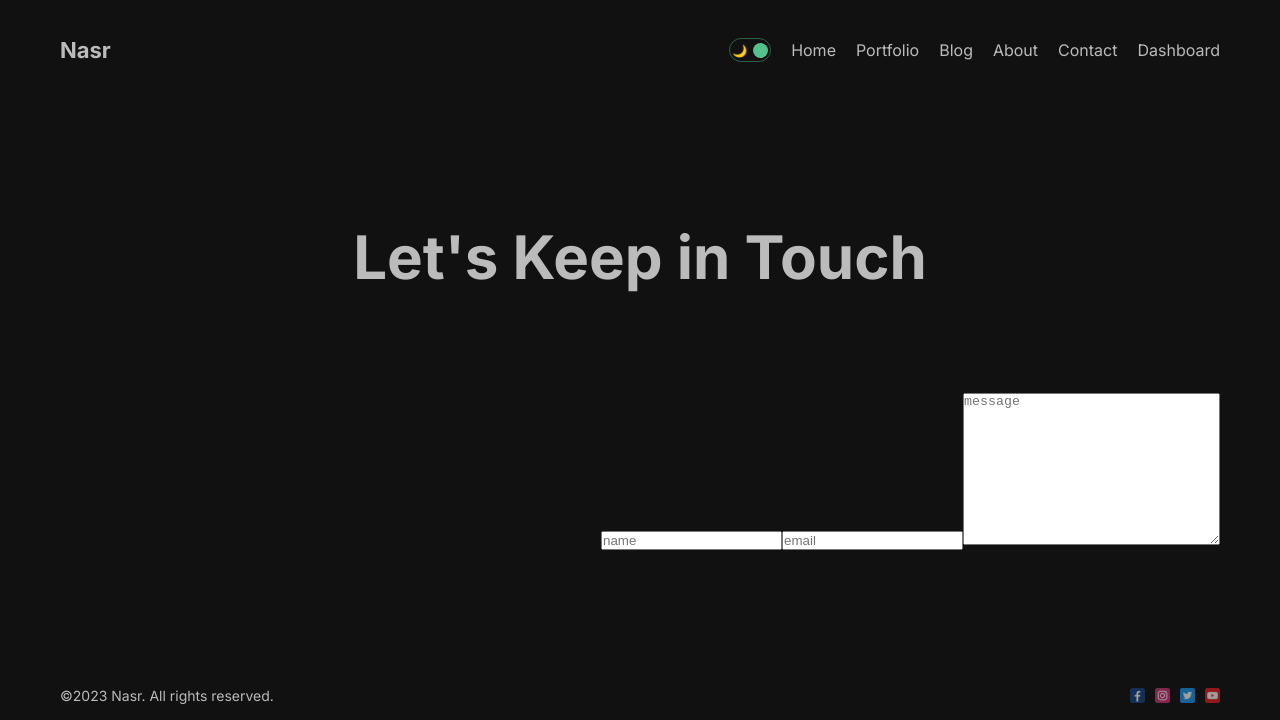
Repository: MoNasr2022/Nast-Blog
Page: /contact
These files come from the project's save history. The page is drawn as it stood at one moment and after the next save; the edit follows.
The browser window is 1280 px wide. The pictures show the whole page.
The page's requests for data from a server got no answer. The project was rebuilt for these pictures with package versions that can differ from the ones it lists, and the page was loaded fresh each time. The framework's server and built-in components were replaced by stand-ins that run in the browser. No one was signed in, and anything a server would have sent is missing. Also part of the build but not shown: next.config.js, src/components/Button/button.module.css, src/components/Button/Button.jsx.

Above is the page before, as saved 2023-06-15 13:59:06.

### src/app/layout.js
import Navbar from "@/components/navbar/Navbar";
import "./globals.css";
import { Inter, Roboto, Poppins } from "next/font/google";
import Footer from "@/components/footer/Footer";
import { ThemeProvider } from "@/context/ThemeContext";
import AuthProvider from "@/components/AuthProvider/AuthProvider";

const inter = Inter({ subsets: ["latin"] });

export const metadata = {
  title: "Nasr Blog",
  description: "This is the description",
};

export default function RootLayout({ children }) {
  return (
    <html lang="en">
      <body className={inter.className}>
        <ThemeProvider>
          <AuthProvider>
            <div className="container">
              <Navbar />
              {children}
              <Footer />
            </div>
          </AuthProvider>
        </ThemeProvider>
      </body>
    </html>
  );
}

### src/app/contact/page.jsx
import React from "react";
import styles from "./page.module.css";
import Image from "next/image";
import Button from "@/components/Button/Button";

export const metadata = {
  title: "Lama Dev Contact Information",
  description: "This is Contact Page",
};

const Contact = () => {
  return (
    // <div className={styles.container}>
    //   <h1 className={styles.title}>Let's Keep in Touch</h1>
    //   <div className={styles.content}>
    //     <div className={styles.imgContainer}>
    //       <Image
    //         src="/contact.png"
    //         alt=""
    //         fill={true}
    //         className={styles.image}
    //       />
    //     </div>
    //     <form className={styles.form}>
    //       <input type="text" placeholder="name" className={styles.input} />
    //       <input type="text" placeholder="email" className={styles.input} />
    //       <textarea
    //         className={styles.textArea}
    //         placeholder="message"
    //         cols="30"
    //         rows="10"
    //       ></textarea>
    //       <Button url="#" text="Send"/>
    //     </form>
    //   </div>
    // </div>
    <div className={styles.container}>
      <h1 className={styles.title}>Let's Keep in Touch</h1>
      <div className={styles.content}>
        <div className={styles.imgContainer}>
          <Image src="/contact.png"
            alt=""
            fill={true}
            className={styles.image}
          />
        </div>
        <form className={styles.form}>
          <input type="text" placeholder="name" className={styles.input} />
          <input type="text" placeholder="email" className={styles.input} />
          <textarea
            className={styles.textArea}
            placeholder="message"
            cols="30"
            rows="10"
          />
        </form>
      </div>
    </div>
  );
};

export default Contact;

### src/components/navbar/Navbar.jsx
"use client";

import Link from "next/link";
import React from "react";
import styles from "./navbar.module.css";
import DarkModeToggle from "../DarkModeToggle/DarkModeToggle";
import { signOut, useSession } from "next-auth/react";

const links = [
  {
    id: 1,
    title: "Home",
    url: "/",
  },
  {
    id: 2,
    title: "Portfolio",
    url: "/portfolio",
  },
  {
    id: 3,
    title: "Blog",
    url: "/blog",
  },
  {
    id: 4,
    title: "About",
    url: "/about",
  },
  {
    id: 5,
    title: "Contact",
    url: "/contact",
  },
  {
    id: 6,
    title: "Dashboard",
    url: "/dashboard",
  },
];

const Navbar = () => {
  const session = useSession();

  return (
    <div className={styles.container}>
      <Link href="/" className={styles.logo}>
        Nasr
      </Link>
      <div className={styles.links}>
        <DarkModeToggle />
        {links.map((link) => (
          <Link key={link.id} href={link.url} className={styles.link}>
            {link.title}
          </Link>
        ))}
        {session.status === "authenticated" && (
          <button className={styles.logout} onClick={signOut}>
            Logout
          </button>
        )}
      </div>
    </div>
  );
};

export default Navbar;

### src/components/footer/Footer.jsx
import React from "react";
import styles from "./footer.module.css";
import Image from "next/image";

const Footer = () => {
  return (
    <div className={styles.container}>
      <div>©2023 Nasr. All rights reserved.</div>
      <div className={styles.social}>
        <Image src="/1.png" width={15} height={15} className={styles.icon} alt="Nasr Facebook Account" />
        <Image src="/2.png" width={15} height={15} className={styles.icon} alt="Nasr" />
        <Image src="/3.png" width={15} height={15} className={styles.icon} alt="Nasr" />
        <Image src="/4.png" width={15} height={15} className={styles.icon} alt="Nasr" />
      </div>
    </div>
  );
};

export default Footer;

### src/app/contact/page.module.css
/* .container {
}

.title {
  font-size: 60px;
  margin-bottom: 100px;
  text-align: center;
}

.content {
  display: flex;
  align-items: center;
  gap: 100px;
}

.imgContainer {
  flex: 1;
  height: 500px;
  position: relative;
}

.image {
  object-fit: contain;
  /* animation: move 3s infinite ease alternate;
}

@keyframes move {
  from {
    transform: translateY(-15px);
  }
  to {
    transform: translateY(0px) scale(1.03);
  }
}

.form {
  flex: 1;
  display: flex;
  flex-direction: column;
  gap: 20px;
}

.input,
.textArea {
  padding: 20px;
  background-color: transparent;
  border: none;
  outline: none;
  color: #bbb;
  border: 3px solid #bbb;
  font-size: 20px;
  font-weight: bold;
} */
.container {

}
.title{
  font-size: 60px;
  margin-bottom: 100px;
  text-align: center;
}
.content {
  display: flex;
  align-items: center;
  gap: 100px;

}
.imgContainer {
  position: relative;
  flex: 1;

}

Loaded but not shown: src/app/globals.css (common file); src/context/ThemeContext.js (common file); src/components/AuthProvider/AuthProvider.jsx (common file); src/components/navbar/navbar.module.css (common file); src/components/DarkModeToggle/DarkModeToggle.jsx (common file); src/components/footer/footer.module.css (common file); src/components/DarkModeToggle/darkModeToggle.module.css (common file)

After the next save:
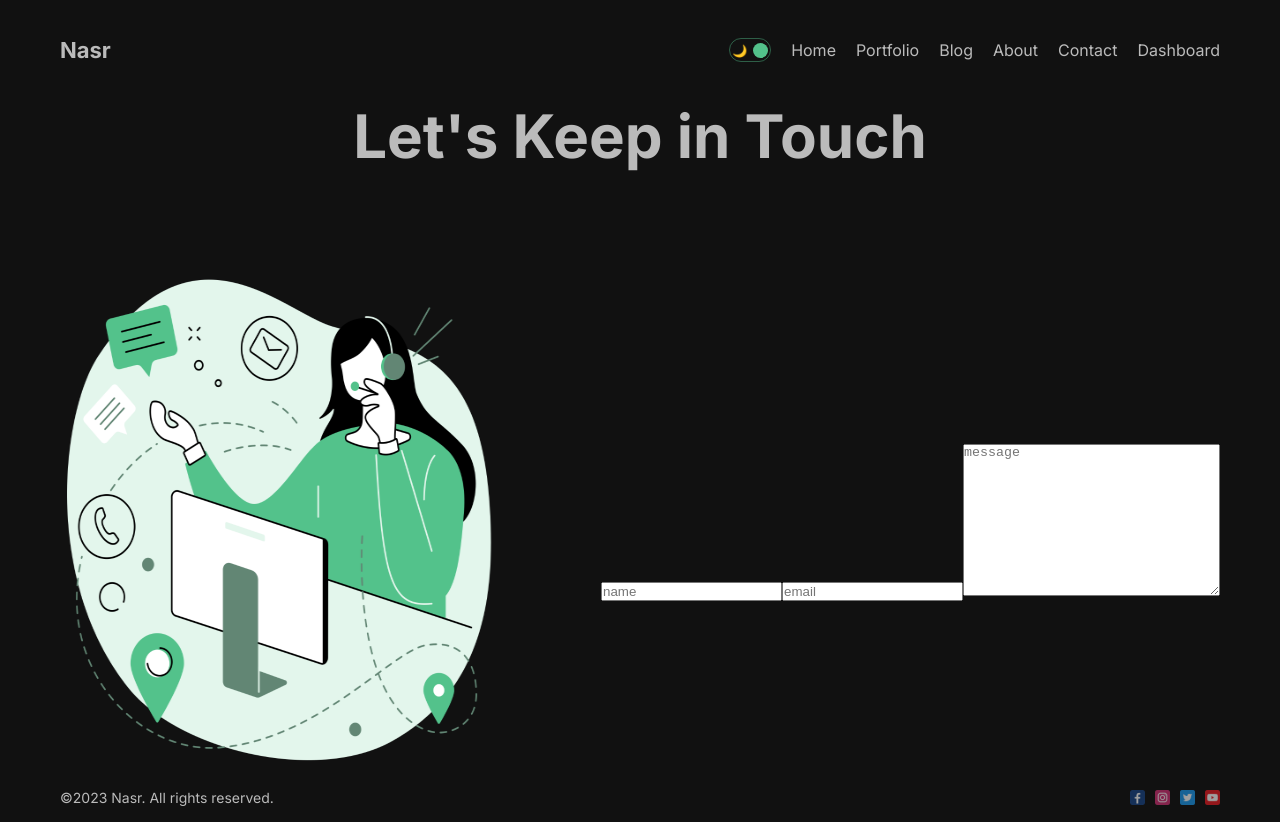
Saved 4 s later.
--- a/src/app/contact/page.module.css
+++ b/src/app/contact/page.module.css
@@ -68,5 +68,5 @@
 .imgContainer {
   position: relative;
   flex: 1;
-
+  height: 500px;
 }
